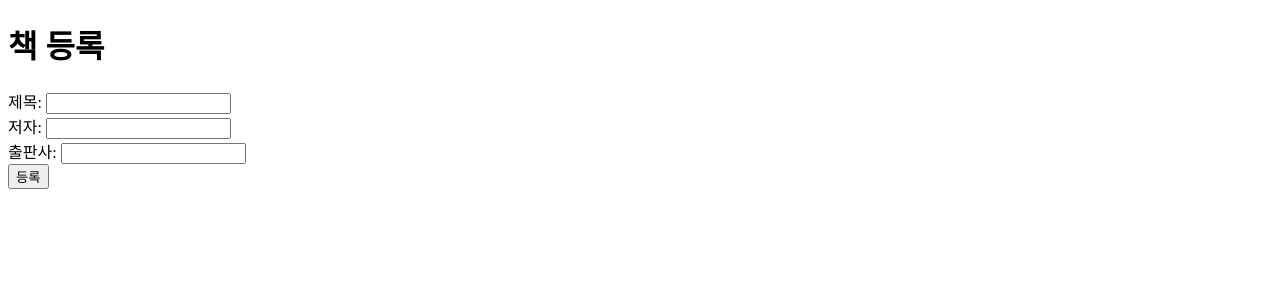
Repository: hrk09/JSPServlet
Page: edu/WebContent/bookInput.html
These files come from the project's save history. The page is drawn as it stood at one moment and after a run of saves; the edit follows.
The browser window is 1280 px wide. The pictures show the whole page.

Above is the page before, as saved 2022-06-29 07:13:42.

### edu/WebContent/bookInput.html
<!DOCTYPE html>
<html>
<head>
<meta charset="UTF-8">
<title>책 등록</title>
</head>
<body>
	<h1>책 등록</h1>
	<form action="bookReg" method="post">
		제목: <input type="text" name="title"><br>
		저자: <input type="text" name="author"><br>
		출판사: <input type="text" name="publisher"><br>
		<input type="submit" value="등록">
	</form>
</body>
</html>

After the next 2 saves:
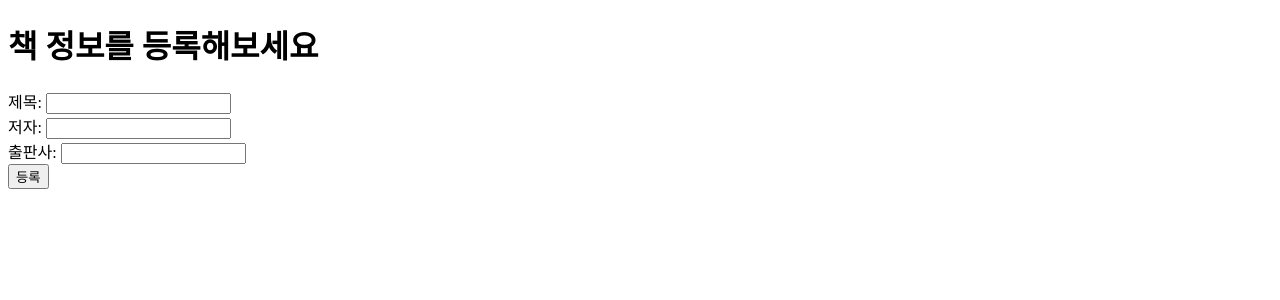
The 2 saves are shown as one change because they came seconds apart.
The last was saved 10 min 29 s later.
--- a/edu/WebContent/bookInput.html
+++ b/edu/WebContent/bookInput.html
@@ -5,7 +5,7 @@
 <title>책 등록</title>
 </head>
 <body>
-	<h1>책 등록</h1>
+	<h1>책 정보를 등록해보세요</h1>
 	<form action="bookReg" method="post">
 		제목: <input type="text" name="title"><br>
 		저자: <input type="text" name="author"><br>
